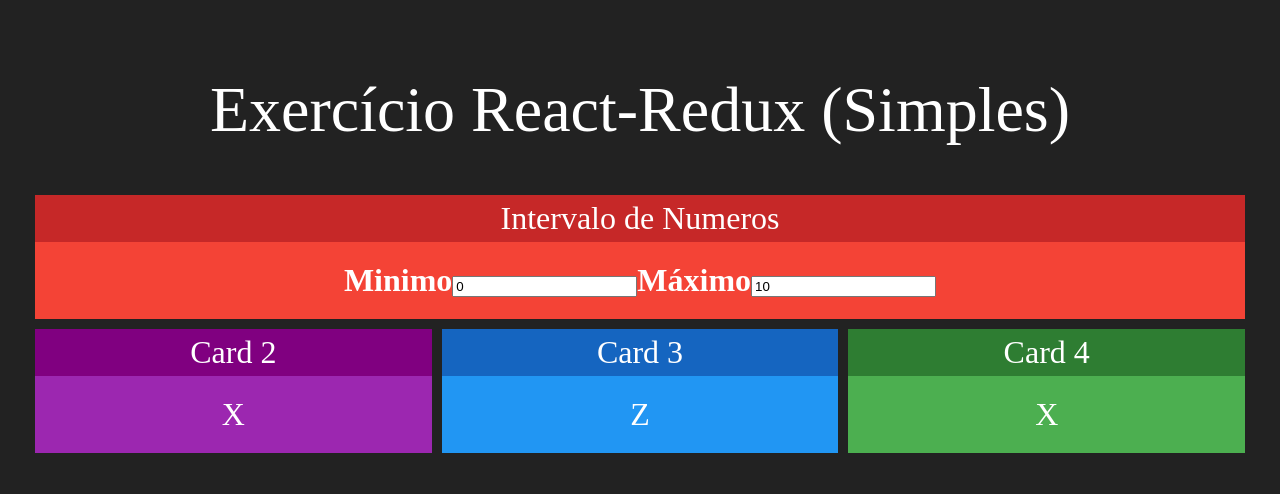
Repository: eversonps/redux-simples
Page: /
An editor plug-in stored every save of this project. The page is shown before and after the next save, followed by the edit.
The browser window is 1280 px wide. The pictures show the whole page.
The project was rebuilt for these pictures with package versions that can differ from the ones it lists, and the page was loaded fresh each time.

Above is the page before, as saved 2022-03-11 12:56:27.

After the next save:
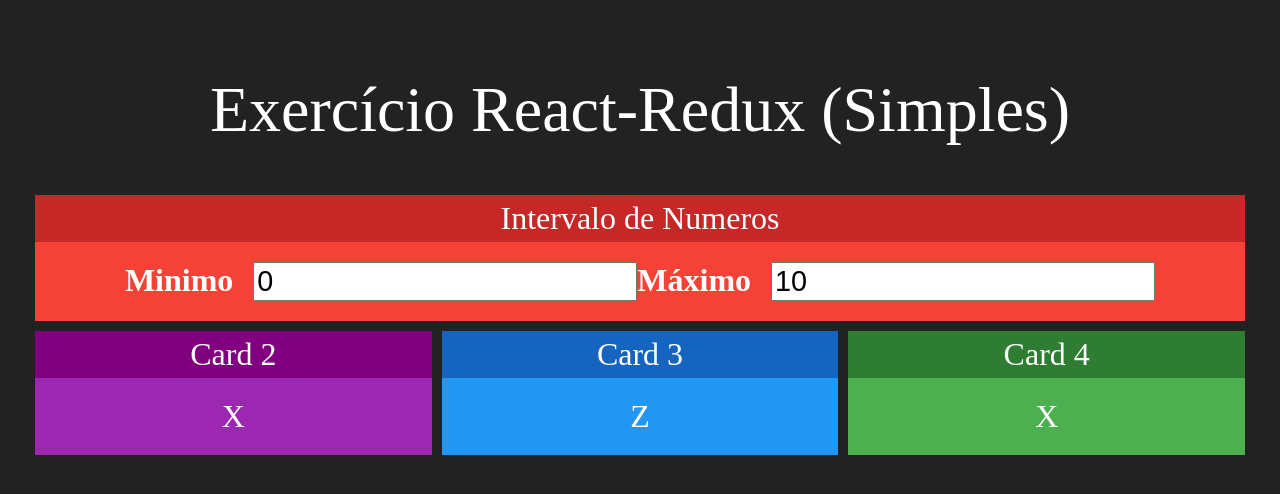
Saved 42 s later.
--- a/src/components/Intervalo.css
+++ b/src/components/Intervalo.css
@@ -1,4 +1,4 @@
-.Interavalo input {
+.Intervalo input {
     font-size: 1.8rem;
     margin-left: 20px;
 }
